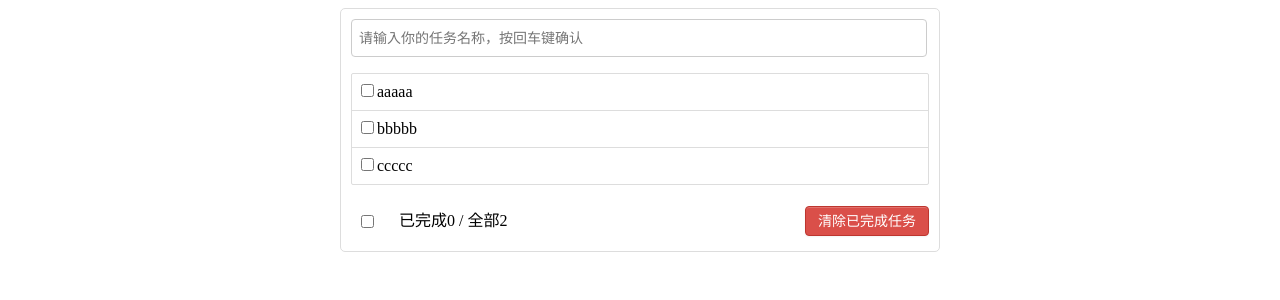
Repository: 319226862/wyy
Page: / (app in vue_test/)
These files come from the project's save history. The page is drawn as it stood at one moment and after the next save; the edit follows.
The browser window is 1280 px wide. The pictures show the whole page.
The project was rebuilt for these pictures with package versions that can differ from the ones it lists, and the page was loaded fresh each time. Also part of the build but not shown: vue_test/vue.config.js.

Above is the page before, as saved 2023-06-20 14:35:42.

After the next save:
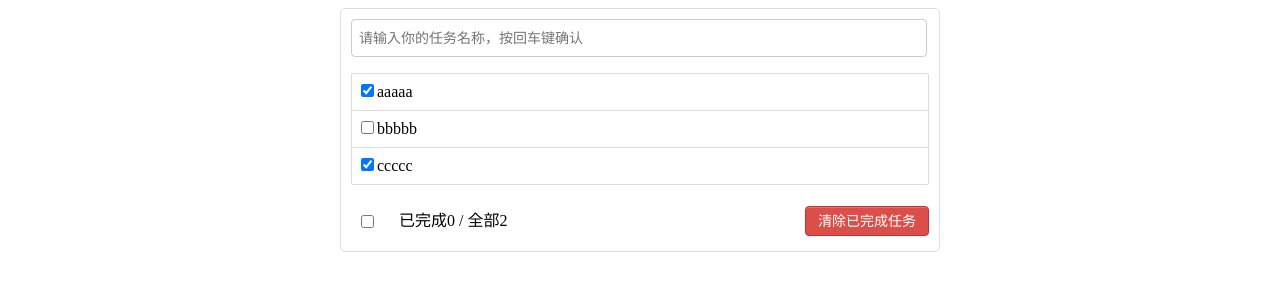
Saved 2 min 12 s later.
--- a/vue_test/src/components/MyItem.vue
+++ b/vue_test/src/components/MyItem.vue
@@ -1,7 +1,7 @@
 <template>
   <li>
     <label>
-      <input type="checkbox"/>
+      <input type="checkbox" :checked="todo.done"/>
       <span>{{ todo.title }}</span>
     </label>
     <button class="btn btn-danger" style="display:none">删除</button>
